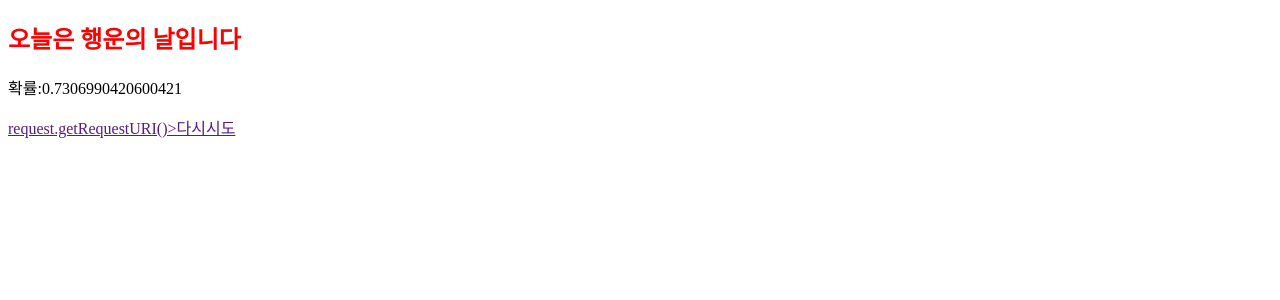
Repository: jemin7709/InternetProgramming2
Page: http://localhost/Pj/hidden.jsp
These files come from the project's save history. The page is drawn as it stood at one moment and after the next save; the edit follows.
The browser window is 1280 px wide. The pictures show the whole page.
The page is served by Tomcat 9.

Above is the page before, as saved 2021-05-06 05:20:04.

### Pj/WebContent/hidden.jsp
<%@ page language="java" contentType="text/html; charset=UTF-8"
    pageEncoding="UTF-8"%>

<!DOCTYPE html PUBLIC "-//W3C//DTD HTML 4.01 Transitional//EN" "http://www.w3.org/TR/html4/loose.dtd">
<html>
<head>
<meta http-equiv="Content-Type" content="text/html; charset=UTF-8">
<title>Insert title here</title>
</head>
<body>
<%
	double r = Math.random();
	if(r>0.6){
		out.print("<h2 style='color:red'>오늘은 행운의 날입니다</h2><p>확률:"+r+"</p>");
	}
	else{
		out.print("<h2>오늘은 평범한 날입니다</h2><p>확률:"+r+"</p>");
	}
	out.print("<a href=>request.getRequestURI()>다시시도</a>");
%>
</body>
</html>

After the next save:
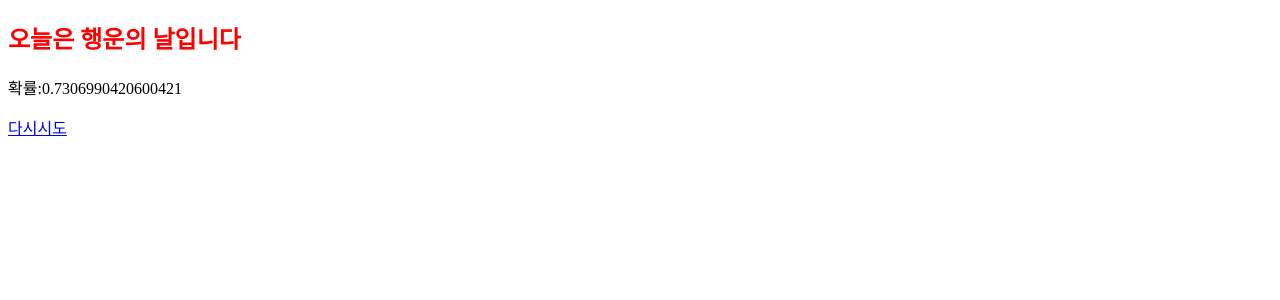
Saved 16 s later.
--- a/Pj/WebContent/hidden.jsp
+++ b/Pj/WebContent/hidden.jsp
@@ -16,7 +16,7 @@
 	else{
 		out.print("<h2>오늘은 평범한 날입니다</h2><p>확률:"+r+"</p>");
 	}
-	out.print("<a href=>request.getRequestURI()>다시시도</a>");
+	out.print("<a href=request.getRequestURI()>다시시도</a>");
 %>
 </body>
 </html>
